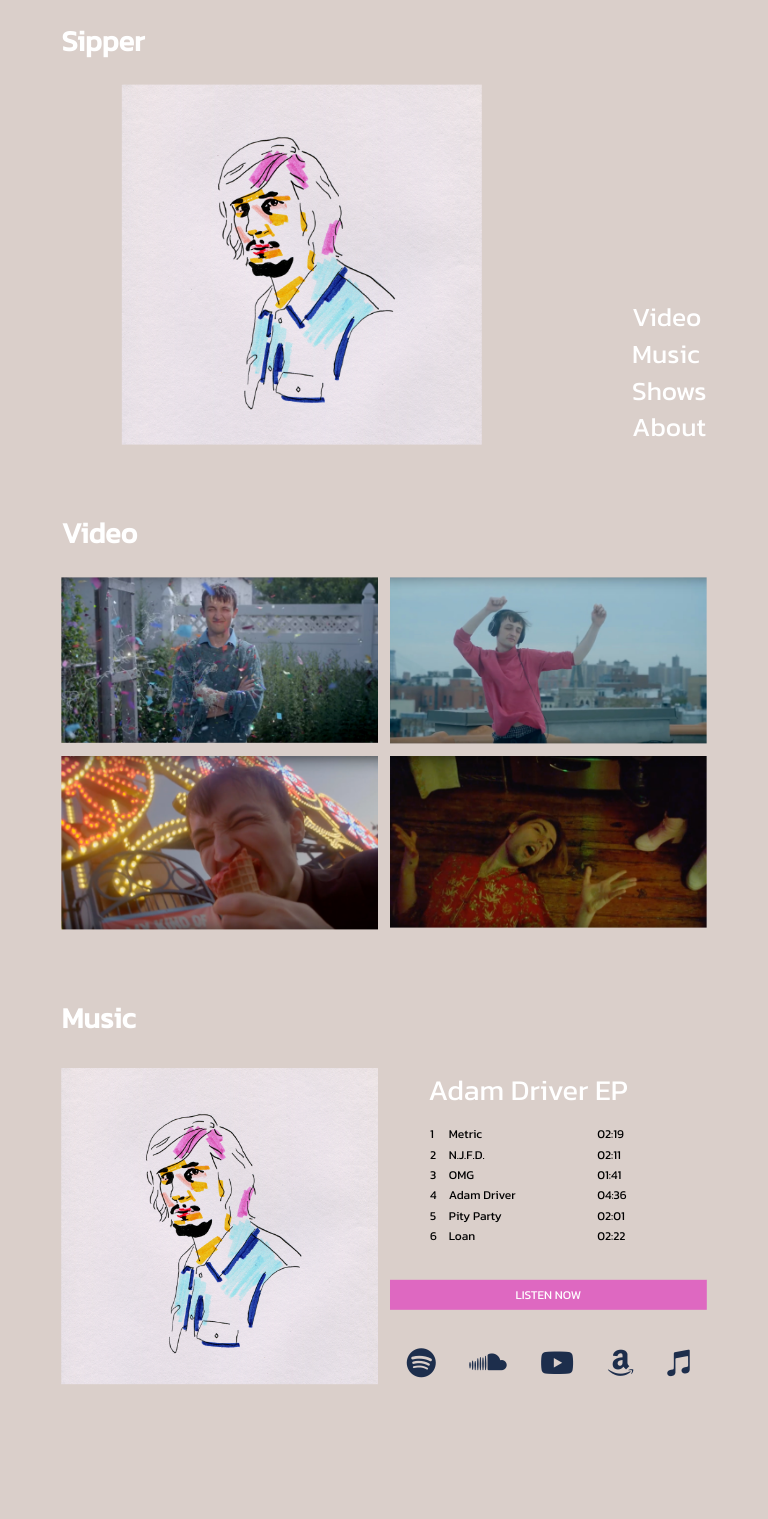
Repository: KrystellBarraza/SipperNYC
Page: index.html
The author's editor kept a copy of each file at every save. The page is drawn from the files as they stood at one save, then again after the next save.
The browser window is 1280 px wide. The pictures show the whole page, at 60% of full size.
Some web libraries are served in a nearby version.

Above is the page before, as saved 2019-08-21 05:30:52.

After the next save:
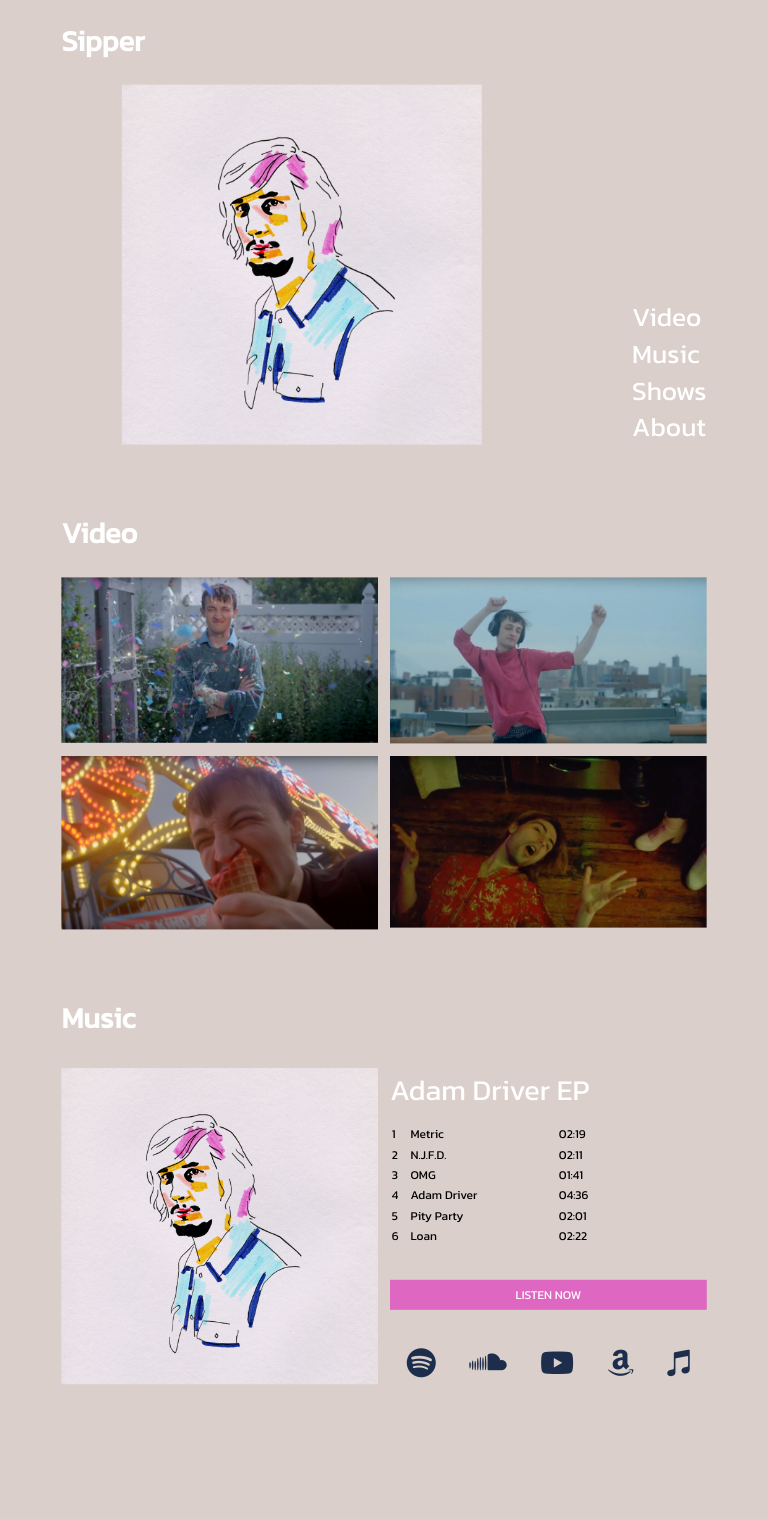
Saved 78 s later.
--- a/style.css
+++ b/style.css
@@ -451,7 +451,6 @@ nav > li {
 
 .music-k {
     grid-area: k;
-    justify-self: center;
 }
 
 .music-g {
